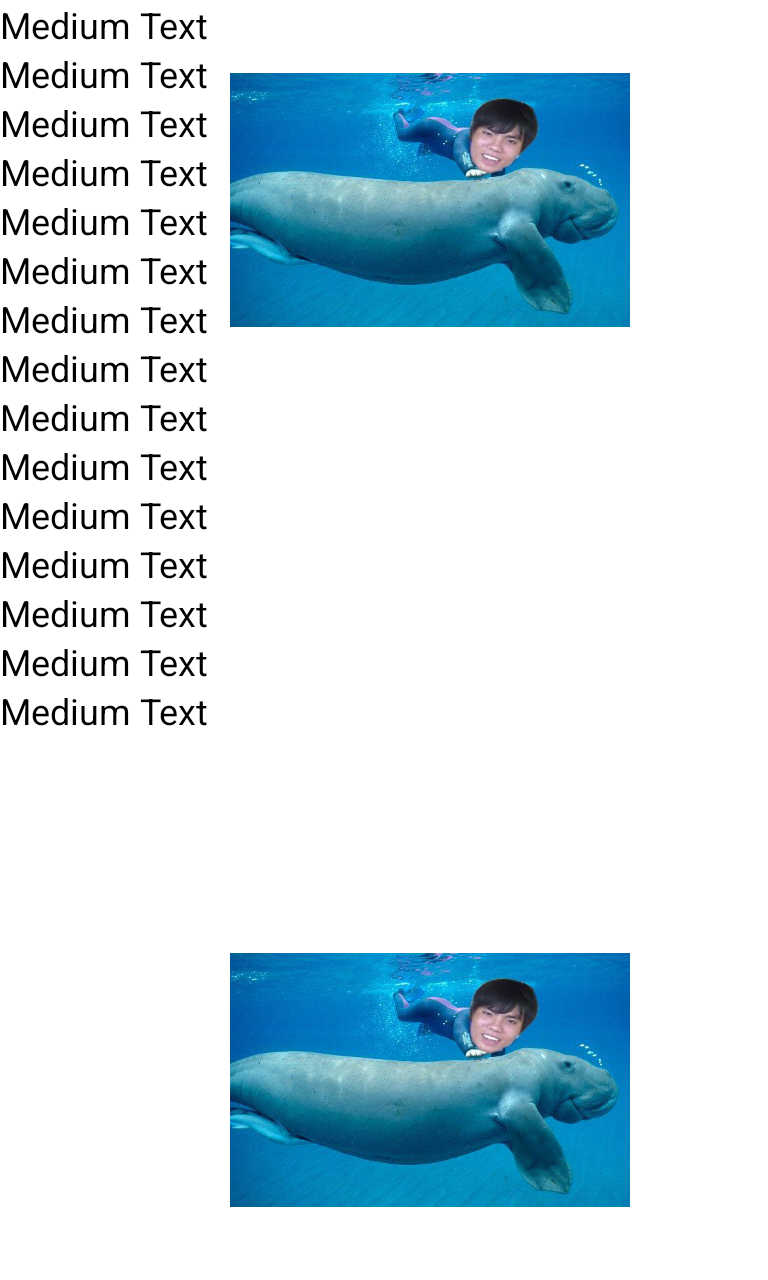
Repository: hieu19926/Non_cable_networking
Layout: SecondGraders/res/layout/mucluc.xml
An editor plug-in stored every save of this project. The layout is shown before and after the next save, followed by the edit.
It is drawn on a 768 x 1280 px phone screen (xhdpi) without system bars, with theme AppTheme; the app's code is not run.

Above is the layout before, as saved 2014-10-05 09:20:17.

After the next save:
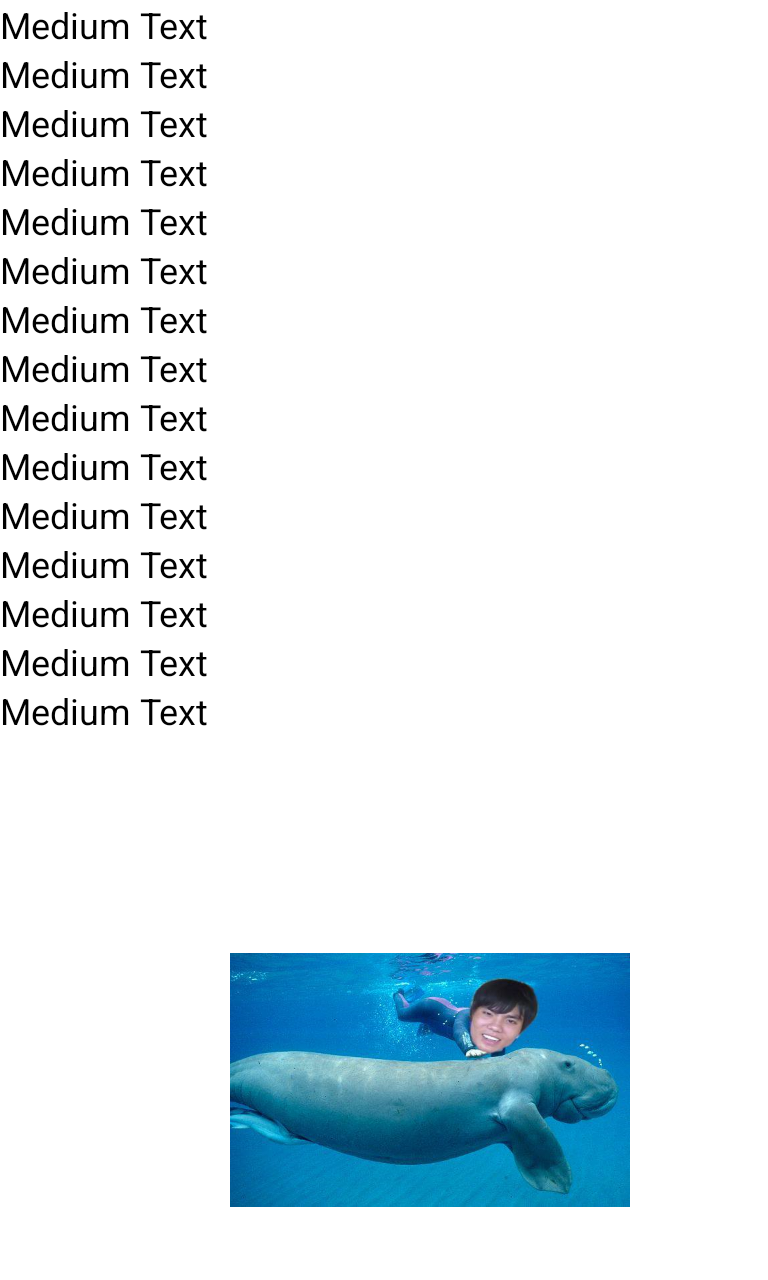
Saved 19 s later.
--- a/SecondGraders/res/layout/mucluc.xml
+++ b/SecondGraders/res/layout/mucluc.xml
@@ -139,6 +139,7 @@
         android:layout_width="200dp"
         android:layout_height="200dp"
         android:layout_toRightOf="@+id/scrollView1"
+        android:layout_below="@+id/imageView1"
         android:src="@drawable/ca_kua" />
 
 </RelativeLayout>
